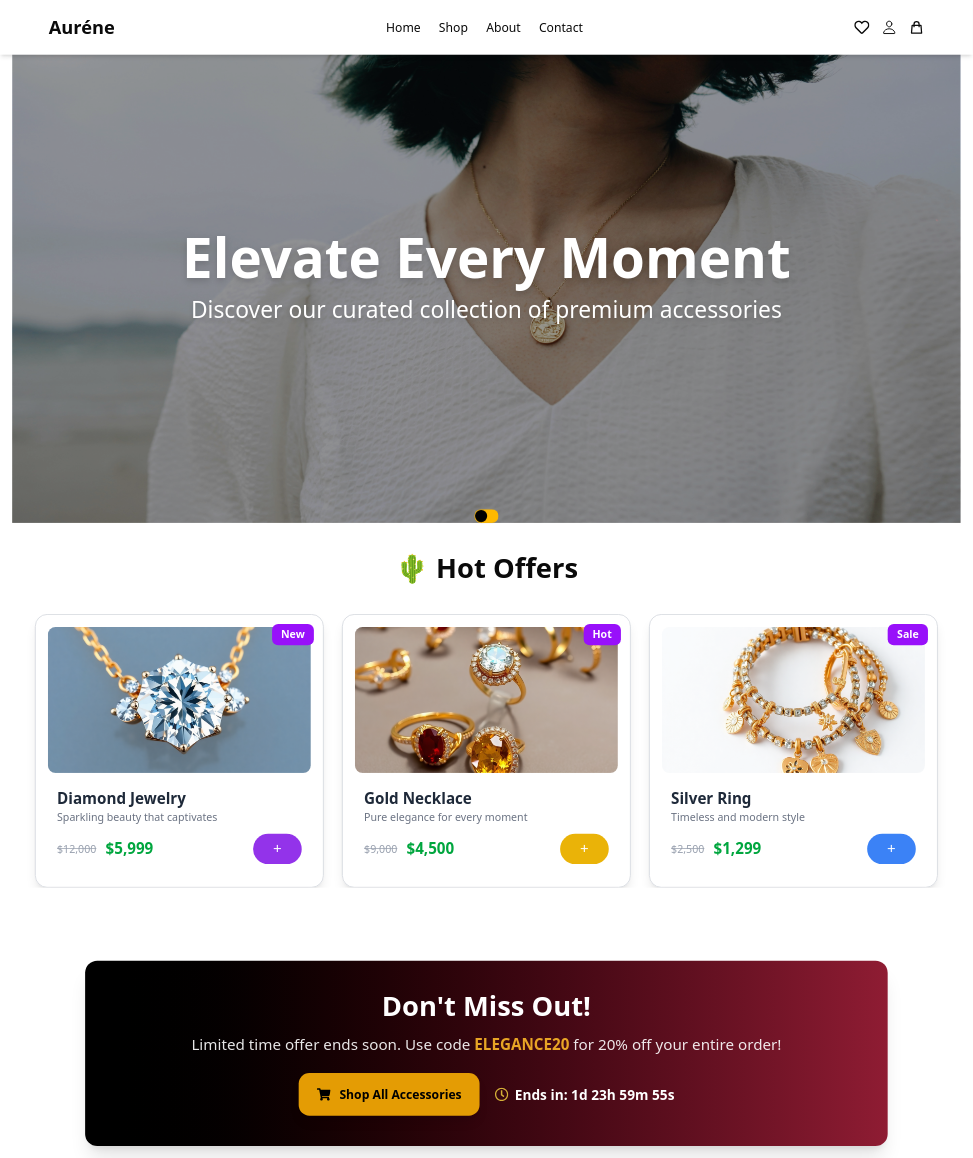
Repository: oehab30/Aur-ne-e-commerce-
Page: /
These files come from the project's save history. The page is drawn as it stood at one moment and after a run of saves; the edit follows.
The browser window is 1280 px wide. The pictures show the whole page, at 76% of full size.
The project was rebuilt for these pictures with package versions that can differ from the ones it lists, and the page was loaded fresh each time. Also part of the build but not shown: src/components/common/Tap.tsx, src/pages/Shop.tsx, src/pages/cart.tsx, src/pages/Profile.tsx, src/pages/About.tsx, src/pages/Contact.tsx, src/pages/Error.tsx, src/pages/Wishlist.tsx and 1 more. Imported but missing from the stored project, and not drawn on this page: src/components/ui/breadcrumb.tsx.

Above is the page before, as saved 2025-11-24 20:38:56.

After the next 5 saves:
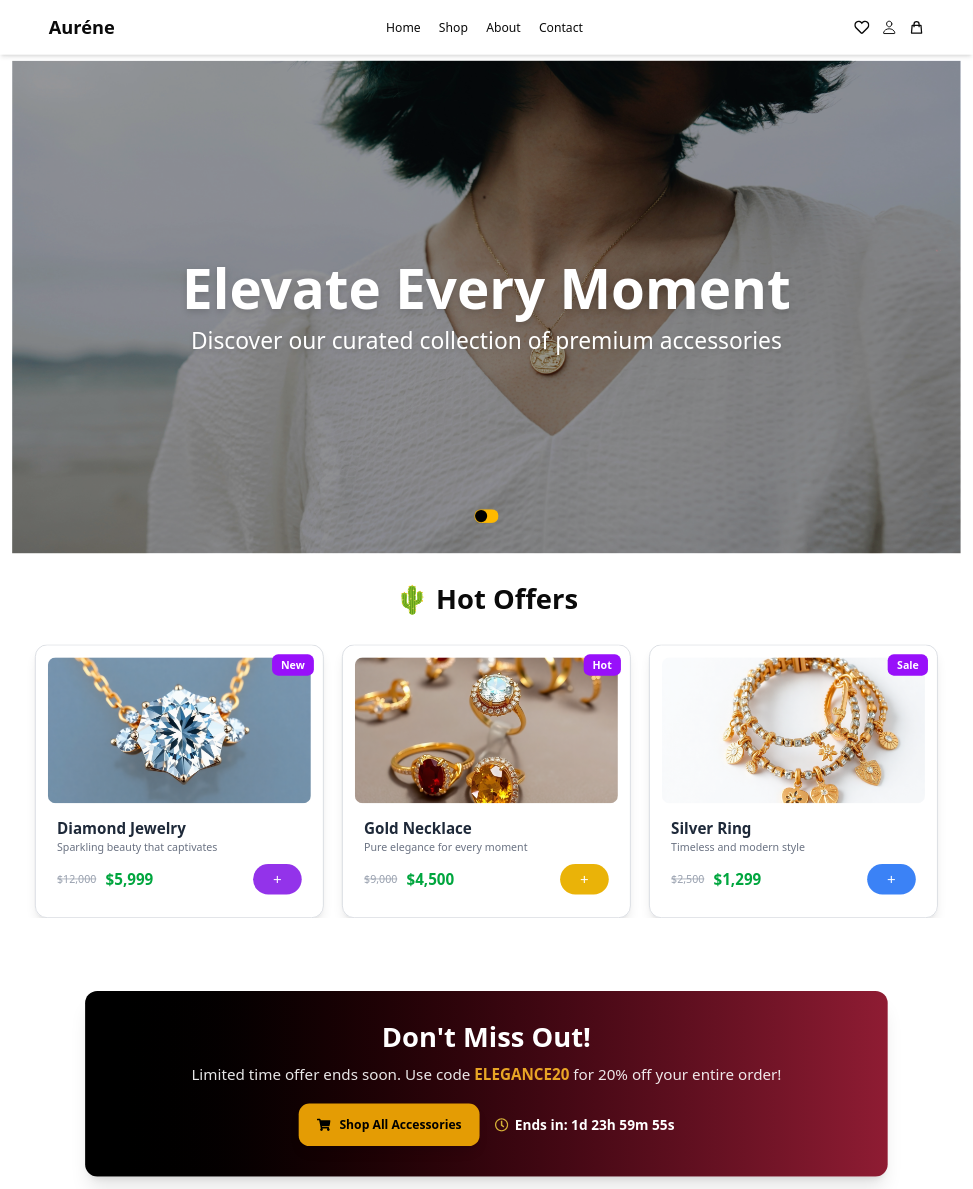
The 5 saves are shown as one change because they came seconds apart.
The last was saved 20 s later.
--- a/src/components/common/layout.tsx
+++ b/src/components/common/layout.tsx
@@ -8,7 +8,7 @@ function Layout() {
   return (
     <>
       <Navbar  />
-      <main className="min-h-screen p-4 pt-10">
+      <main className="min-h-screen p-4 pt-20">
 <Darkmode/>
         <Outlet />        {/* 👈 Page content changes here */}
       </main>
